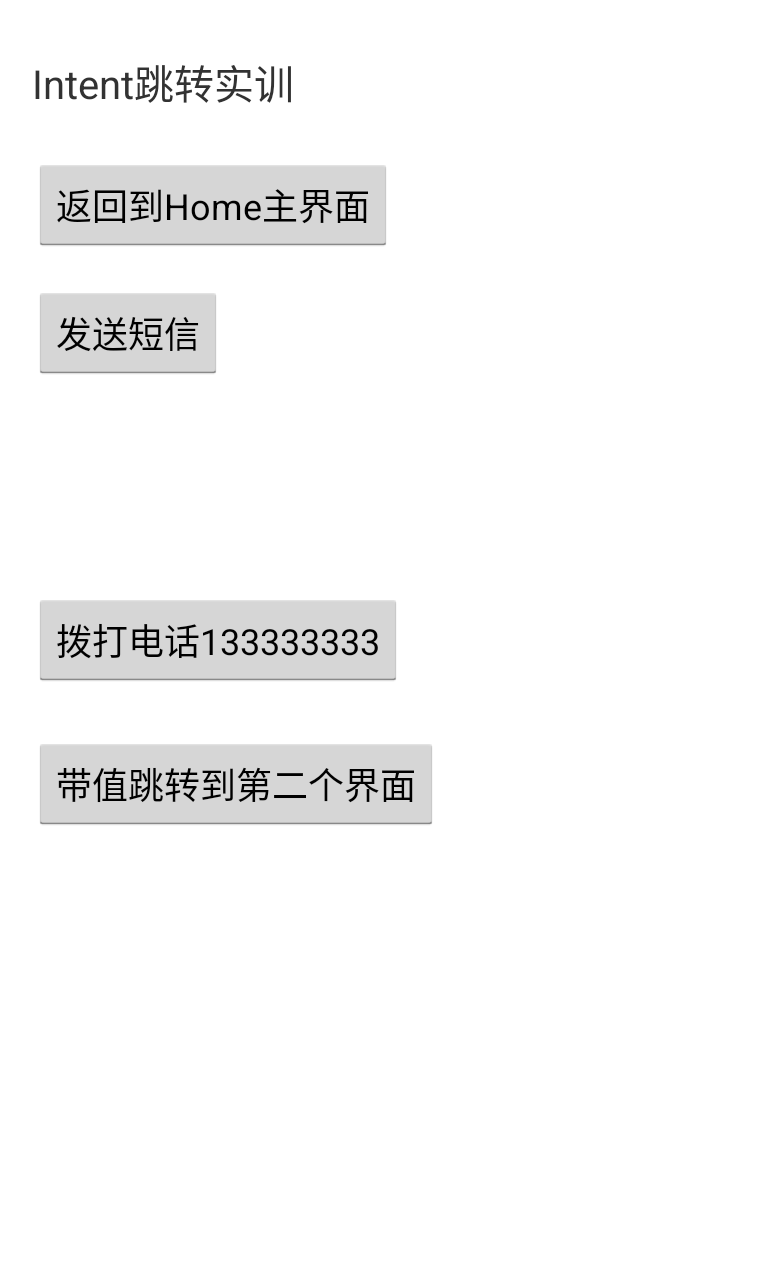
Repository: jacklisp/android_assignment
Layout: task-5/res/layout/activity_main.xml
The author's editor kept a copy of each file at every save. The layout is drawn from the files as they stood at one save, then again after the next save.
It is drawn on a 768 x 1280 px phone screen (xhdpi) without system bars, with theme AppTheme; the app's code is not run.

Above is the layout before, as saved 2020-05-25 02:53:31.

After the next save:
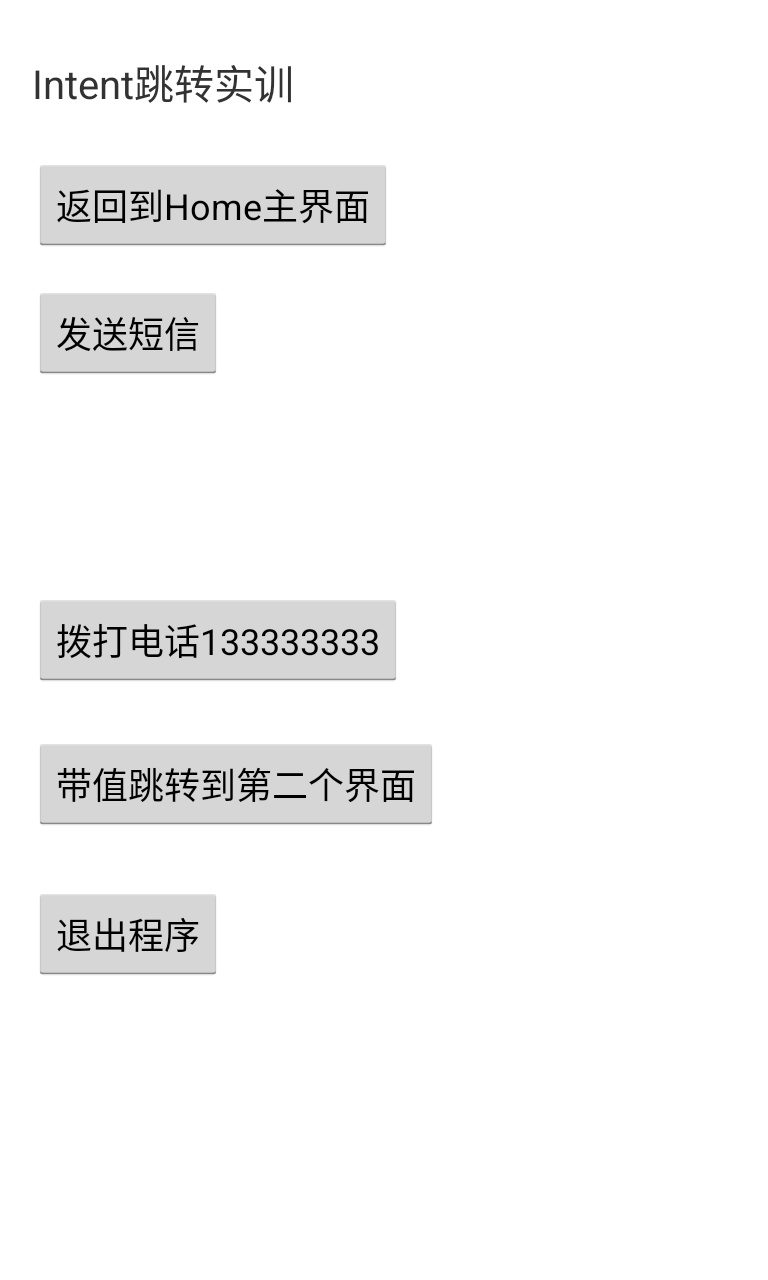
Saved 33 s later.
--- a/task-5/res/layout/activity_main.xml
+++ b/task-5/res/layout/activity_main.xml
@@ -53,4 +53,13 @@
         android:layout_marginTop="16dp"
         android:text="发送短信" />
 
+    <Button
+        android:id="@+id/button5"
+        android:layout_width="wrap_content"
+        android:layout_height="wrap_content"
+        android:layout_alignLeft="@+id/button4"
+        android:layout_below="@+id/button4"
+        android:layout_marginTop="27dp"
+        android:text="退出程序" />
+
 </RelativeLayout>
